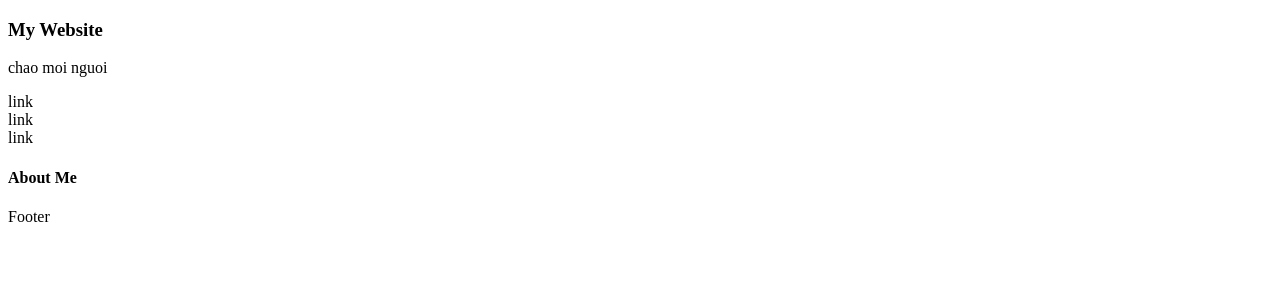
Repository: Lehuyhuynh/BTH2-CSS
Page: BTH2/index,.html
The author's editor kept a copy of each file at every save. The page is drawn from the files as they stood at one save, then again after the next save.
The browser window is 1280 px wide. The pictures show the whole page.

Above is the page before, as saved 2023-08-09 23:01:48.

### BTH2/index,.html
<!DOCTYPE html>
<html lang="en">
<head>
  <meta charset="UTF-8">
  <meta name="viewport" content="width=device-width, initial-scale=1.0">
  <link rel="stylesheet" href="style.css">
  <title> TH 2</title>
</head>
<body>
  <div class="head">
    <h3>My Website</h3>
    <p>chao moi nguoi</p>
  </div>

  <div class="head-link">
    <div>link</div>
    <div>link</div>
    <div>link</div>
  </div>

  <div class="main">
    <div class="left">
      <h4>About Me</h4>
      <div></div>
    </div>

    <div class="center"></div>

    <div class="footer">Footer</div>
  </div>
</body>
</html>

### BTH2/style.css
.head{
  background-color: ;
}

After the next save:
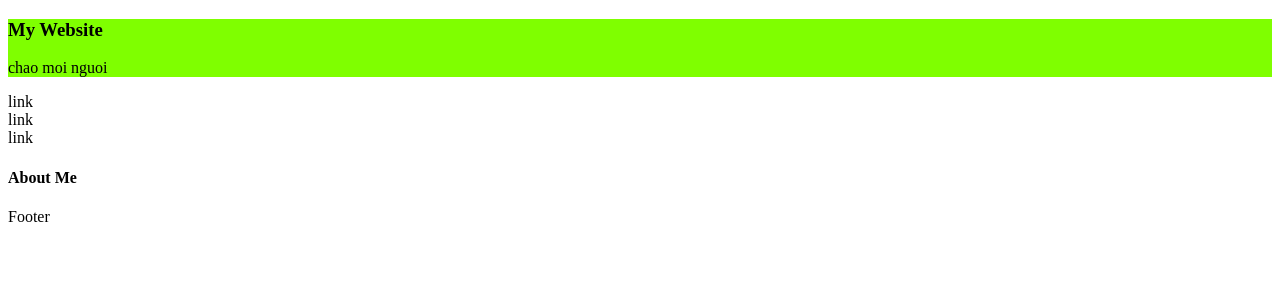
Saved 4 s later.
--- a/BTH2/style.css
+++ b/BTH2/style.css
@@ -1,3 +1,3 @@
 .head{
-  background-color: ;
+  background-color: chartreuse;
 }
